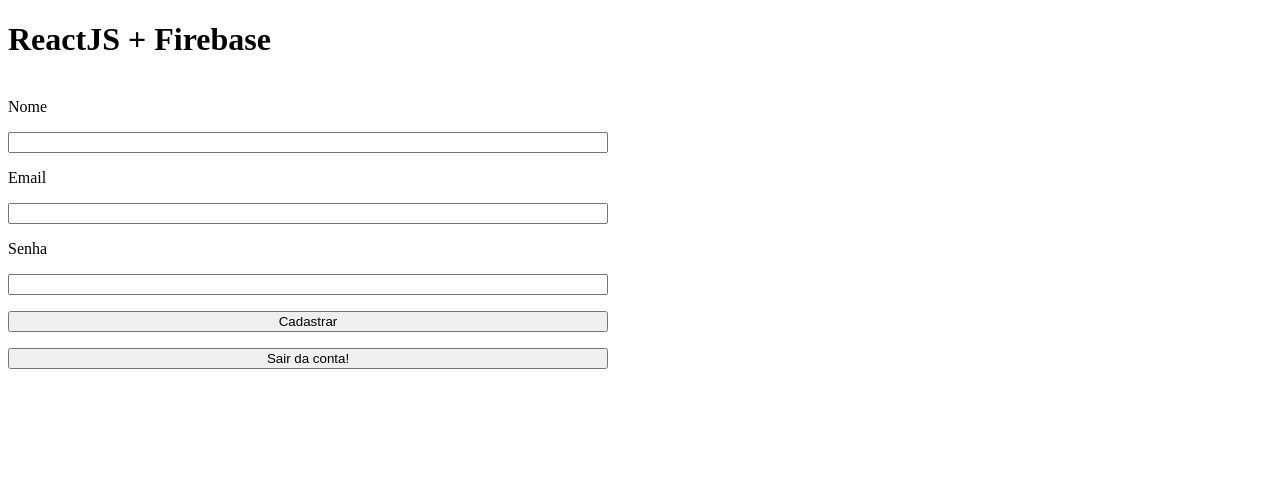
Repository: joaoaspimienta/Estudos-de-firebase
Page: /
The author's editor kept a copy of each file at every save. The page is drawn from the files as they stood at one save, then again after the next save.
The browser window is 1280 px wide. The pictures show the whole page.
The project was rebuilt for these pictures with package versions that can differ from the ones it lists, and the page was loaded fresh each time.

Above is the page before, as saved 2022-06-15 09:21:56.

After the next save:
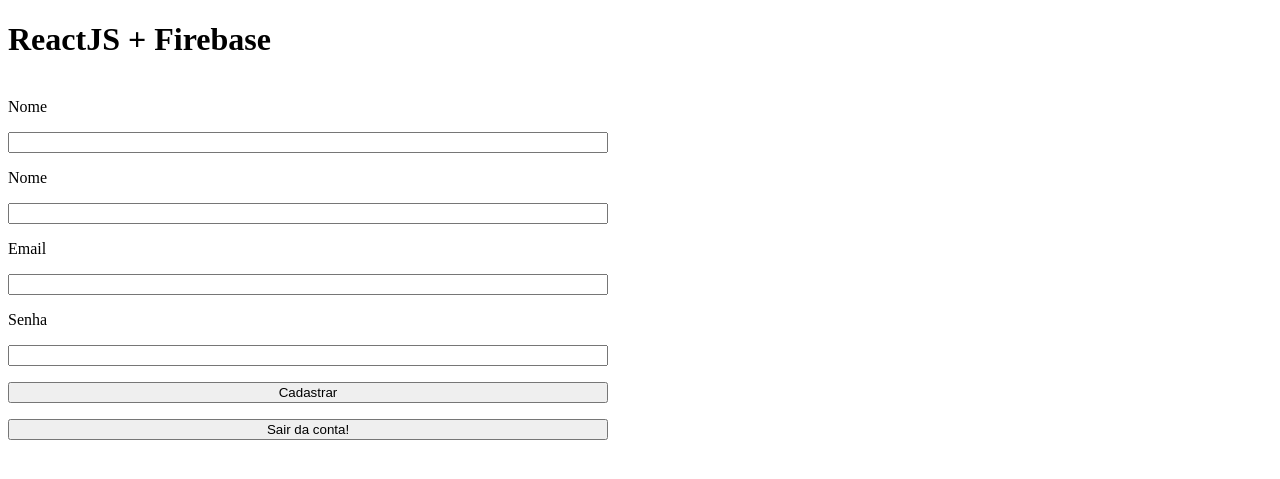
Saved 25 s later.
--- a/src/App.js
+++ b/src/App.js
@@ -39,6 +39,12 @@
           value={nome}
           onChange={(e) => setNome(e.target.value)}
         />
+        <label>Nome</label>
+        <input
+          type="text"
+          value={nome}
+          onChange={(e) => setNome(e.target.value)}
+        />
         <label>Email</label>
         <input
           type="text"
